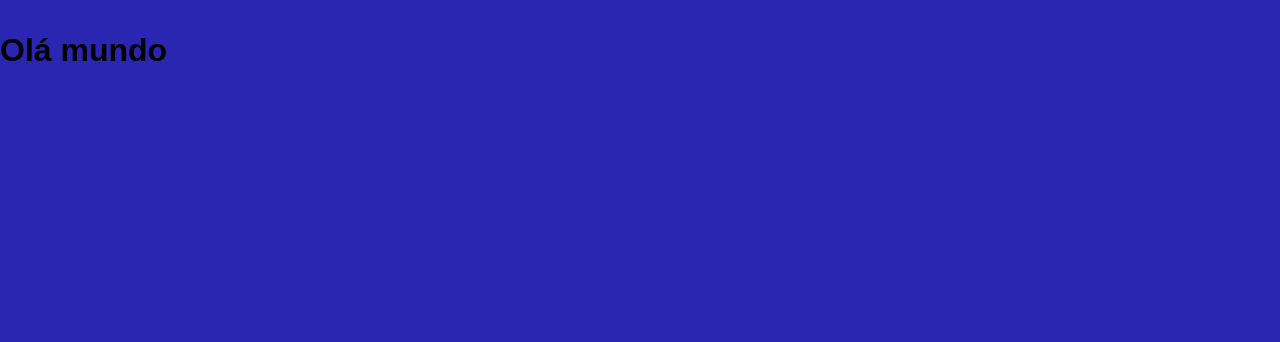
Repository: humbertobrasileiro/next-auth
Page: /
These files come from the project's save history. The page is drawn as it stood at one moment and after the next save; the edit follows.
The browser window is 1280 px wide. The pictures show the whole page.
The page's requests for data from a server got no answer. The project was rebuilt for these pictures with package versions that can differ from the ones it lists, and the page was loaded fresh each time. The framework's server and built-in components were replaced by stand-ins that run in the browser. No one was signed in, and anything a server would have sent is missing. Also part of the build but not shown: next.config.js.

Above is the page before, as saved 2021-09-13 15:57:11.

### src/pages/_app.tsx
import { ThemeProvider } from 'styled-components';
import { theme } from '../styles/theme';
import { AppProps } from 'next/app';
import { Provider as NextAuthProvider } from 'next-auth/client';

import { GlobalStyles } from '../styles/global-styles';

function MyApp({ Component, pageProps }: AppProps) {
  return (
    <NextAuthProvider session={pageProps.session}>
      <ThemeProvider theme={theme}>
        <Component {...pageProps} />
        <GlobalStyles />
      </ThemeProvider>
    </NextAuthProvider>
  );
}

export default MyApp;

### src/pages/index.tsx
import { GetServerSideProps } from 'next';
import { useSession } from 'next-auth/client';

export default function Index() {
  const [session, loading] = useSession();

  return (
    <h1>
      <span>Olá mundo </span>
      <pre>{session && JSON.stringify(session)}</pre>
    </h1>
  );
}

export const getServerSideProps: GetServerSideProps = async () => {
  return {
    props: {},
  };
};

### src/styles/theme.ts
export const theme = {
  colors: {
    primary: 'rgb(43, 38, 178)',
    secondary: 'rgb(247, 38, 115)',
    warning: 'rgb(247, 38, 115)',
    success: 'rgb(172, 243, 157)',
    info: 'rgb(85, 193, 255)',
    deepWhite: 'rgb(255, 255, 255)',
    white: 'rgb(250, 250, 253)',
    gray0: 'rgb(245, 245, 253)',
    gray1: 'rgb(241, 241, 243)',
    gray2: 'rgb(221, 221, 223)',
    gray3: 'rgb(201, 201, 203)',
    gray4: 'rgb(181, 181, 184)',
    gray5: 'rgb(161, 161, 164)',
    gray6: 'rgb(141, 141, 144)',
    gray7: 'rgb(121, 121, 124)',
    gray8: 'rgb(101, 101, 104)',
    gray9: 'rgb(81, 81, 84)',
    gray10: 'rgb(61, 61, 64)',
    gray11: 'rgb(41, 41, 44)',
    gray12: 'rgb(21, 21, 24)',
    deepBlack: 'rgb(0, 0, 0)',
  },
  font: {
    family: {
      default: "'Open Sans', sans-serif",
      secondary: "'Montserrat', sans-serif",
    },
    sizes: {
      xxsmall: '1rem',
      xsmall: '1.2rem',
      small: '1.6rem',
      normal: '1.8rem',
      medium: '2.4rem',
      large: '3.2rem',
      xlarge: '4.0rem',
      xxlarge: '4.8rem',
      huge: '5.6rem',
      xhuge: '6.4rem',
      xxhuge: '7.2rem',
      hero: '8.0rem',
      xhero: '8.8rem',
      xxhero: '9.6rem',
    },
  },
  media: {
    lteOrEqSmallest: '(max-width: 320px)',
    lteOrEqSmall: '(max-width: 576px)',
    lteOrEqMedium: '(max-width: 768px)',
    lteOrEqLarge: '(max-width: 992px)',
    gteOrEqSmallest: '(min-width: 320px)',
    gteOrEqSmall: '(min-width: 576px)',
    gteOrEqMedium: '(min-width: 768px)',
    gteOrEqLarge: '(min-width: 992px)',
  },
  spacings: {
    xxtiny: '0.1rem',
    xtiny: '0.2rem',
    tiny: '0.4rem',
    xxsmall: '0.8rem',
    xsmall: '1.2rem',
    small: '1.6rem',
    mediumSmall: '2.0rem',
    medium: '2.4rem',
    mediumLarge: '2.8rem',
    large: '3.2rem',
    xlarge: '3.6rem',
    xxlarge: '4.0rem',
    huge: '4.4rem',
    xhuge: '4.8rem',
    xxhuge: '5.6rem',
    hero: '6.4rem',
    xhero: '7.2rem',
    xxhero: '8.0rem',
  },
  frameSizes: {
    xxsmall: '8rem',
    xsmall: '12rem',
    small: '24rem',
    smallMedium: '32rem',
    medium: '40rem',
    largeMedium: '56rem',
    large: '64rem',
    xlarge: '80rem',
    xxlarge: '104rem',
    max: '120rem',
  },
  transitions: {
    fastest: 'all 100ms ease-in-out',
    faster: 'all 200ms ease-in-out',
    fast: 'all 300ms ease-in-out',
    normal: 'all 500ms ease-in-out',
    slow: 'all 600ms ease-in-out',
    slower: 'all 800ms ease-in-out',
    slowest: 'all 1s ease-in-out',
  },
  layers: {
    normal: 0,
    layer1: 1,
    layer2: 2,
    layer3: 3,
    layer4: 4,
    layer5: 5,
    layer6: 6,
    layer7: 7,
    layer8: 8,
    layer9: 9,
    aboveAll: 10,
  },
} as const;

### src/styles/global-styles.ts
import { createGlobalStyle } from 'styled-components';

export const GlobalStyles = createGlobalStyle`
  * {
    margin: 0;
    padding: 0;
    box-sizing: border-box;
  }
  html {
    font-size: 62.5%;
    scroll-behavior: smooth;
  }
  body {
    font-size: 1.6rem;
    font-family: ${({ theme }) => theme.font.family.default};
    background: ${({ theme }) => theme.colors.primary};
  }
  h1, h2, h3, h4, h5, h6 {
    font-family: ${({ theme }) => theme.font.family.secondary};
    margin: ${({ theme }) => theme.spacings.large} 0;
  }
  p {
    margin: ${({ theme }) => theme.spacings.medium} 0;
  }
  ul, ol {
    margin: ${({ theme }) => theme.spacings.medium};
    padding: ${({ theme }) => theme.spacings.medium};
  }
  a {
    color: ${({ theme }) => theme.colors.secondaryColor};
  }
  .table {
    width: 100%;
    overflow-y: auto;
  }
`;

### src/components/Wrapper/index.tsx
import { Menu } from '../Menu';
import * as Styled from './styles';

export type WrapperProps = {
  children: React.ReactNode;
};

export function Wrapper({ children }: WrapperProps) {
  return (
    <Styled.Wrapper>
      <Menu />
      {children}
    </Styled.Wrapper>
  );
}

### src/components/Menu/index.tsx
import { signOut, useSession } from 'next-auth/client';
import Link from 'next/link';
import React, { useEffect, useState } from 'react';
import * as Styled from './styles';

export type MenuProps = {
  title?: string;
};

export const Menu = () => {
  const [session] = useSession();
  const [redirect, setRedirect] = useState('/');

  useEffect(() => {
    if (typeof window === 'undefined') return;

    setRedirect(encodeURI(window.location.pathname));
  }, []);

  const handleClick = (event: React.MouseEvent<HTMLAnchorElement>) => {
    event.preventDefault();
    signOut({ redirect: false });
  };

  return (
    <Styled.Wrapper>
      <Link href="/">
        <a>Home</a>
      </Link>
      <Link href="/posts">
        <a>Posts</a>
      </Link>
      <Link href="/create-post">
        <a>Create Post</a>
      </Link>

      {session ? (
        <a href="#" onClick={handleClick}>
          Sair
        </a>
      ) : (
        <Link
          href={{
            pathname: '/login',
            query: {
              redirect,
            },
          }}
        >
          <a>Login</a>
        </Link>
      )}
    </Styled.Wrapper>
  );
};

### src/components/Wrapper/styles.ts
import styled, { css } from 'styled-components';

export const Wrapper = styled.div`
  ${({ theme }) => css`
    max-width: 80rem;
    margin: 8rem auto;
    background: ${theme.colors.white};
    padding: ${theme.spacings.xlarge};
  `}
`;

### src/components/Menu/styles.ts
import styled, { css } from 'styled-components';

export const Wrapper = styled.nav`
  ${({ theme }) => css`
    display: flex;
    flex-flow: row wrap;
    margin-bottom: ${theme.spacings.xlarge};
    a {
      margin-right: ${theme.spacings.small};
      text-decoration: none;
      display: block;
      padding: ${theme.spacings.xsmall} 0;
    }
  `}
`;

Loaded but not shown: src/pages/_document.tsx (common file)

After the next save:
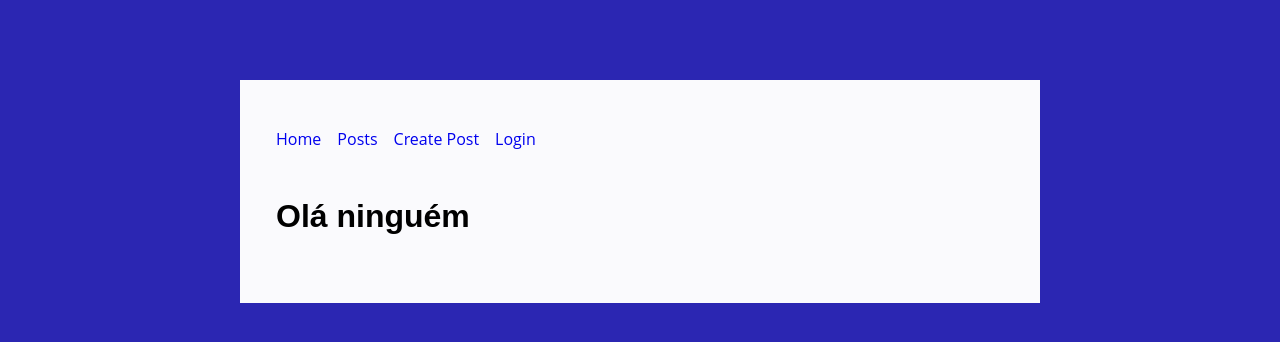
Saved 46 s later.
--- a/src/pages/index.tsx
+++ b/src/pages/index.tsx
@@ -1,14 +1,14 @@
 import { GetServerSideProps } from 'next';
 import { useSession } from 'next-auth/client';
+import { Wrapper } from '../components/Wrapper';
 
 export default function Index() {
-  const [session, loading] = useSession();
+  const [session] = useSession();
 
   return (
-    <h1>
-      <span>Olá mundo </span>
-      <pre>{session && JSON.stringify(session)}</pre>
-    </h1>
+    <Wrapper>
+      <h1>Olá {session?.user?.name || 'ninguém'}</h1>
+    </Wrapper>
   );
 }
 
